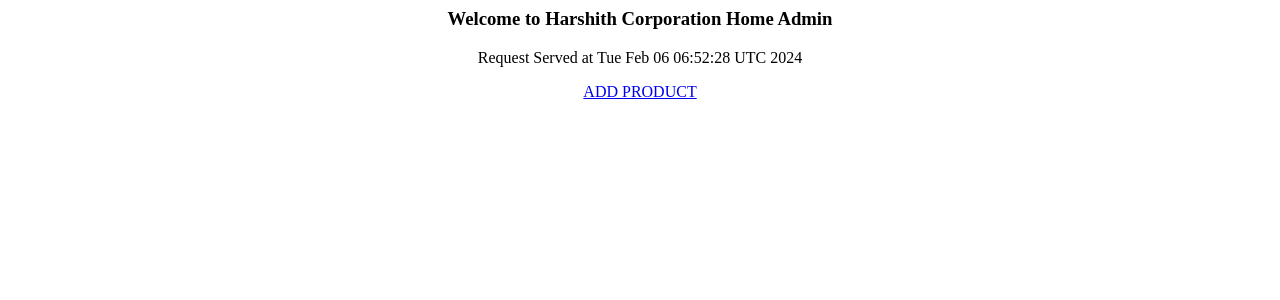
Repository: harshithkandula/Myfirstpractice
Page: http://localhost/Estore/sdii
An editor plug-in stored every save of this project. The page is shown before and after the next save, followed by the edit.
The browser window is 1280 px wide. The pictures show the whole page.
The page is served by Tomcat 10. Other server files are loaded and not shown.

Above is the page before, as saved 2024-02-07 07:13:30.

### Estore/src/main/java/com/estore/controller/SkydenII.java
package com.estore.controller;

import jakarta.servlet.ServletException;
import jakarta.servlet.annotation.WebServlet;
import jakarta.servlet.http.Cookie;
import jakarta.servlet.http.HttpServlet;
import jakarta.servlet.http.HttpServletRequest;
import jakarta.servlet.http.HttpServletResponse;
import jakarta.servlet.http.HttpSession;

import java.io.IOException;
import java.io.PrintWriter;
import java.util.Date;
import java.util.HashMap;

/**
 * Servlet implementation class SkydenII
 */
public class SkydenII extends HttpServlet {
	private static final long serialVersionUID = 1L;

    /**
     * @see HttpServlet#HttpServlet()
     */
    public SkydenII() {
        super();
        // TODO Auto-generated constructor stub
    }

	/**
	 * @see HttpServlet#service(HttpServletRequest request, HttpServletResponse response)
	 */
	protected void service(HttpServletRequest request, HttpServletResponse response) throws ServletException, IOException {
		// TODO Auto-generated method stub
		System.out.println("Starting with Servlets");
		response.setContentType("text/html");


		String htmlResponse = "<center><h3>Welcome to Harshith Corporation Home Admin</h3><p>Request Served at "+new Date().toString()+"</p><a href='addproduct.html'>ADD PRODUCT</a><a href=''></a>";
		PrintWriter out = response.getWriter();
		out.print(htmlResponse);



		out.print("</center>");
	}

}

After the next save:
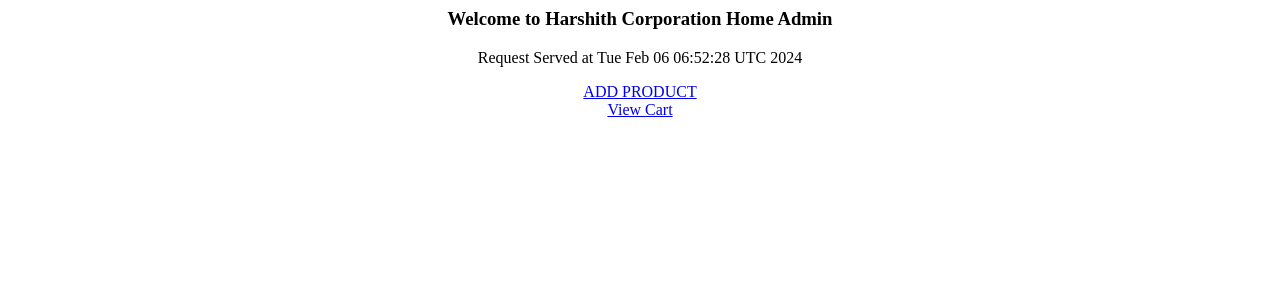
Saved 3 min 57 s later.
--- a/Estore/src/main/java/com/estore/controller/SkydenII.java
+++ b/Estore/src/main/java/com/estore/controller/SkydenII.java
@@ -36,7 +36,7 @@ public class SkydenII extends HttpServlet {
 		response.setContentType("text/html");
 
 
-		String htmlResponse = "<center><h3>Welcome to Harshith Corporation Home Admin</h3><p>Request Served at "+new Date().toString()+"</p><a href='addproduct.html'>ADD PRODUCT</a><a href=''></a>";
+		String htmlResponse = "<center><h3>Welcome to Harshith Corporation Home Admin</h3><p>Request Served at "+new Date().toString()+"</p><a href='addproduct.html'>ADD PRODUCT</a><a href=''></a><br><a href='fetchproducts'>View Cart</a>";
 		PrintWriter out = response.getWriter();
 		out.print(htmlResponse);
 
